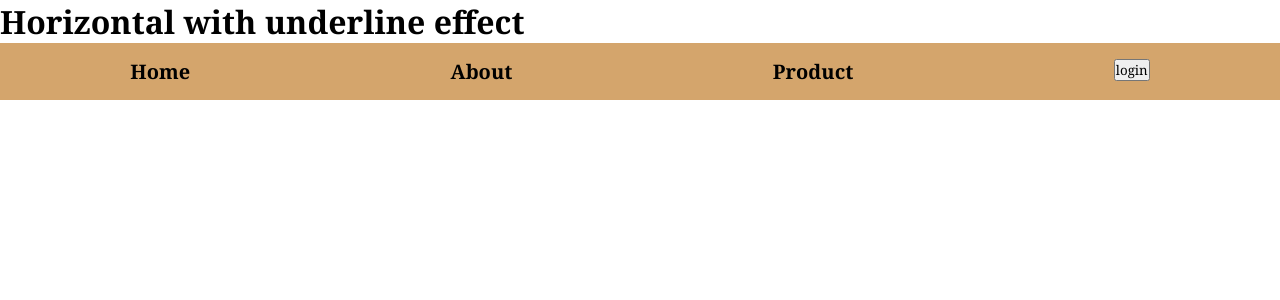
Repository: anjalipatel-dev/web-dev-learning-journey
Page: 03_html_css_ui_pages/01_navbar/index.html
The author's editor kept a copy of each file at every save. The page is drawn from the files as they stood at one save, then again after the next save.
The browser window is 1280 px wide. The pictures show the whole page.

Above is the page before, as saved 2025-10-07 17:17:22.

After the next save:
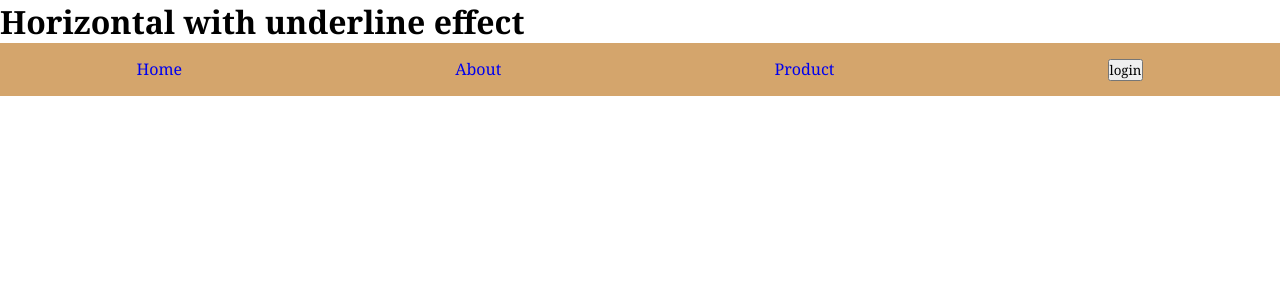
Saved 28 s later.
--- a/03_html_css_ui_pages/01_navbar/styles.css
+++ b/03_html_css_ui_pages/01_navbar/styles.css
@@ -18,7 +18,4 @@
 }
 .navbar1 ul li a{
     text-decoration: none;
-    color: black;
-    font-size: 20px;
-    font-weight: bold;
 }
